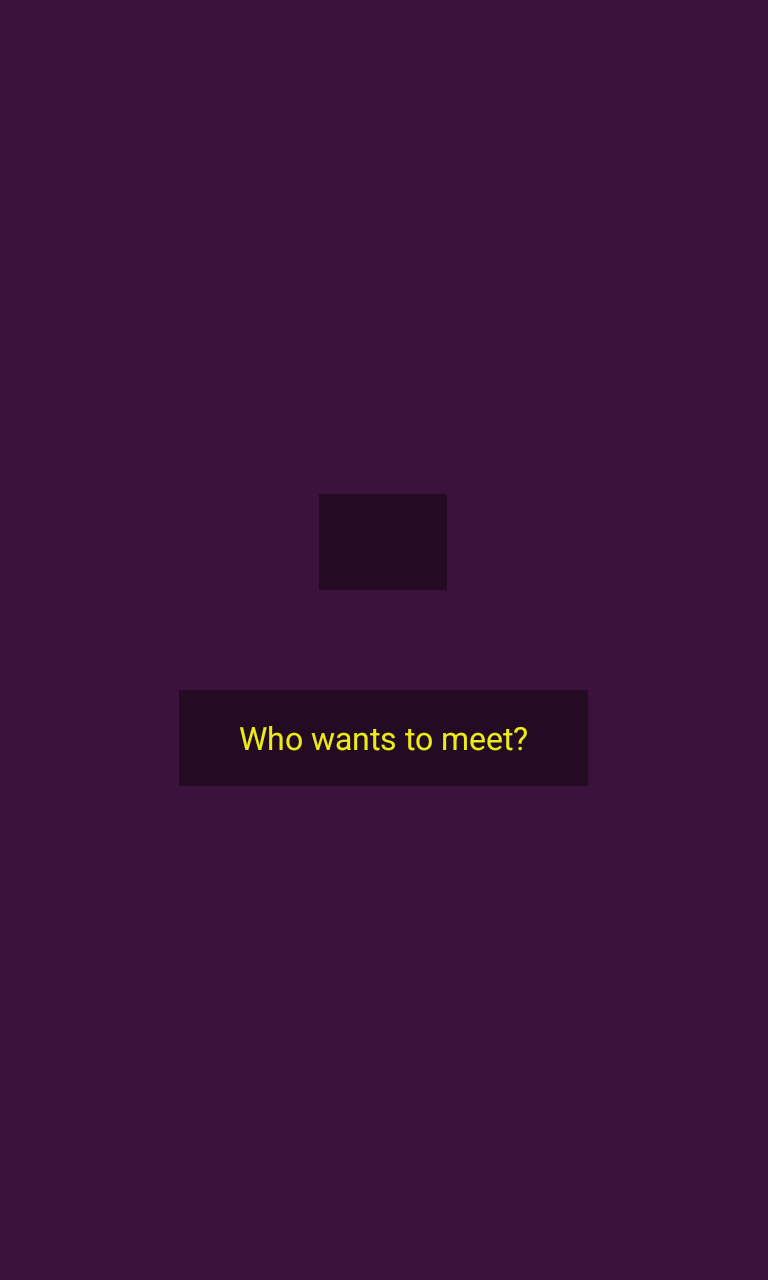
Repository: Valian/MeetMe
Layout: MeetMe/res/layout/activity_main_menu.xml
The author's editor kept a copy of each file at every save. The layout is drawn from the files as they stood at one save, then again after the next save.
It is drawn on a 768 x 1280 px phone screen (xhdpi) without system bars, with theme AppTheme; the app's code is not run.

Above is the layout before, as saved 2014-01-10 00:42:48.

After the next save:
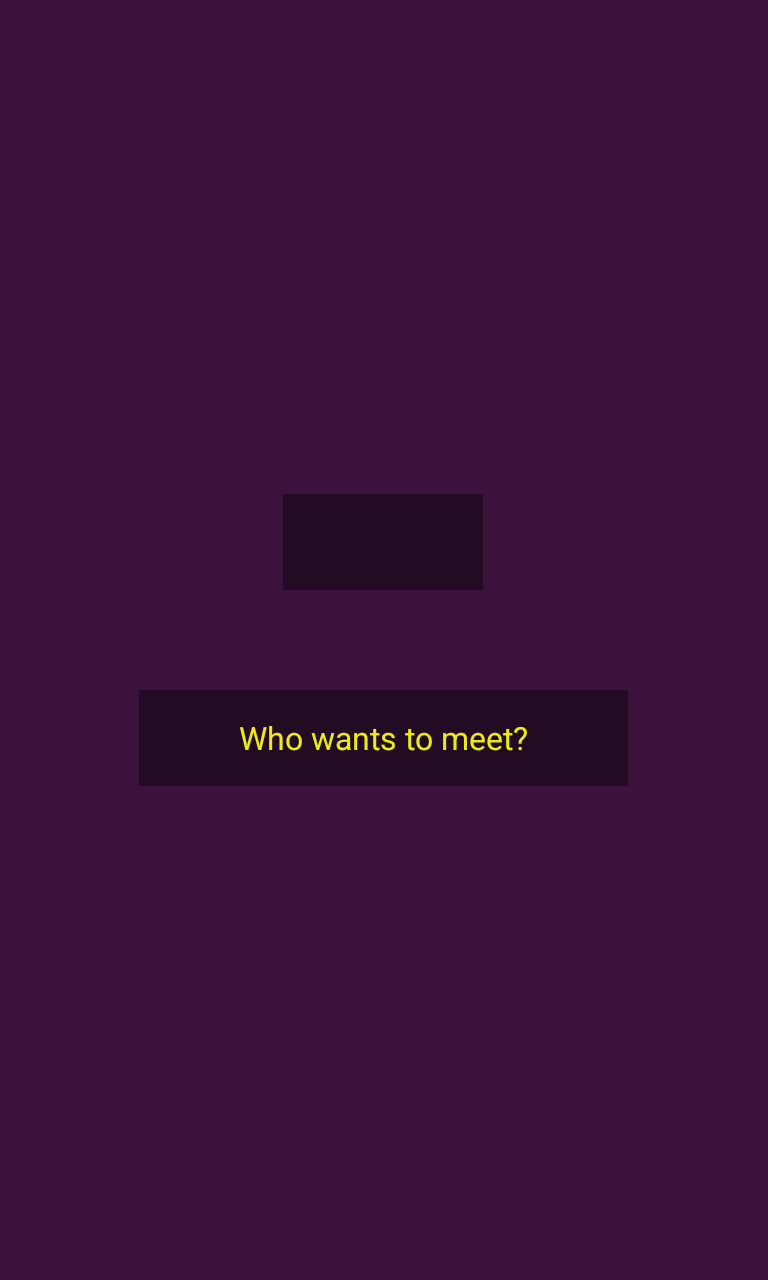
Saved 17 s later.
--- a/MeetMe/res/values/styles.xml
+++ b/MeetMe/res/values/styles.xml
@@ -76,8 +76,8 @@
        <item name="android:layout_width">wrap_content</item>
        <item name="android:layout_height">wrap_content</item>
 	    <item name="android:textColor">@color/gold</item>
-	    <item name="android:paddingLeft">30dp</item>
-       <item name="android:paddingRight">30dp</item>
+	    <item name="android:paddingLeft">50dp</item>
+       <item name="android:paddingRight">50dp</item>
    </style>
 
 </resources>
